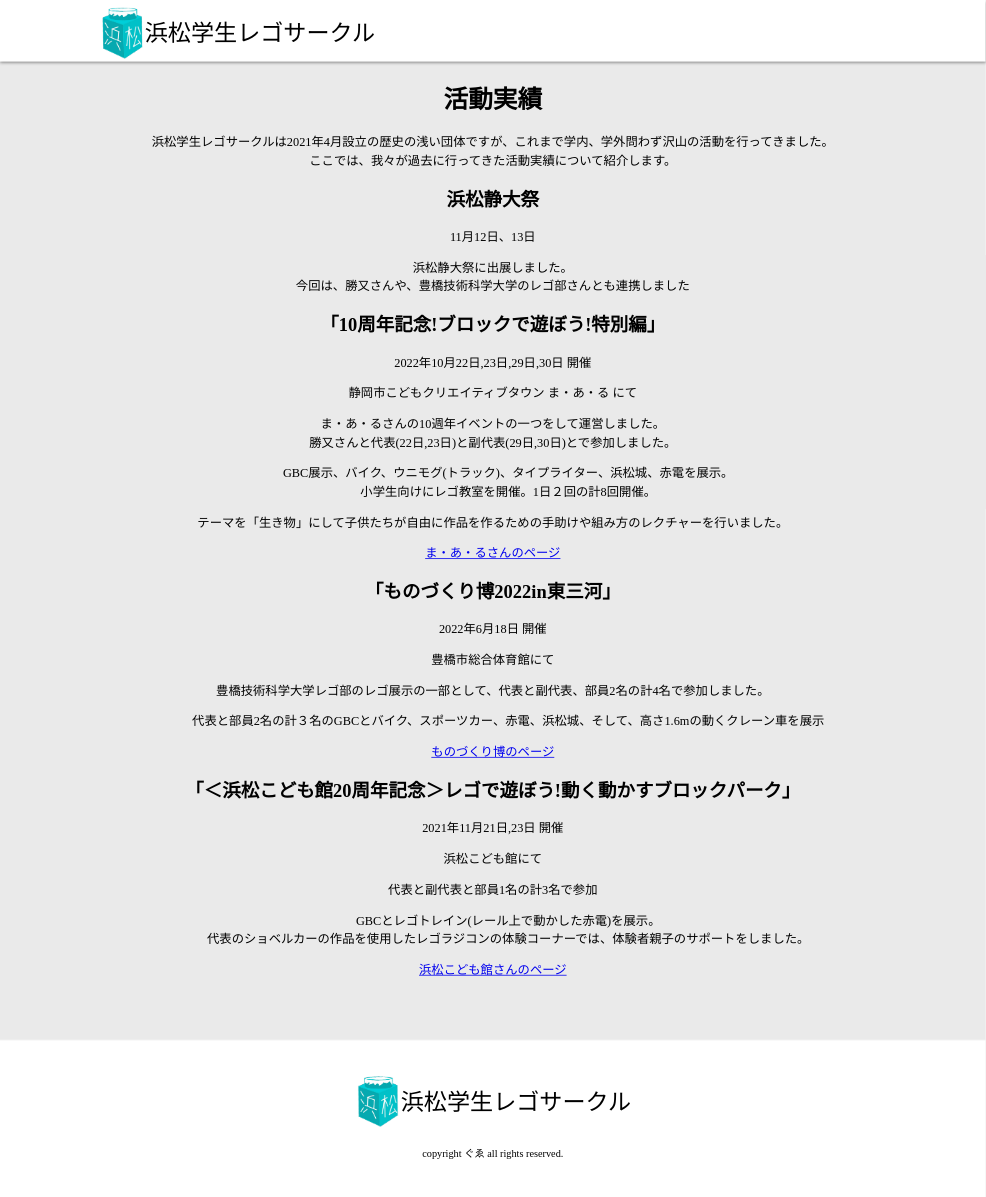
Repository: ghevp/LEGO-club
Page: http://localhost/?page=achievement
These files come from the project's save history. The page is drawn as it stood at one moment and after a run of saves; the edit follows.
The browser window is 1280 px wide. The pictures show the whole page, at 77% of full size.
Some web fonts or font styles are not loaded; a fallback is used. The page is run by PHP 8.4 with error messages shown; the project is at /var/www/html/.

Above is the page before, as saved 2022-11-27 00:38:22.

After the next 2 saves:
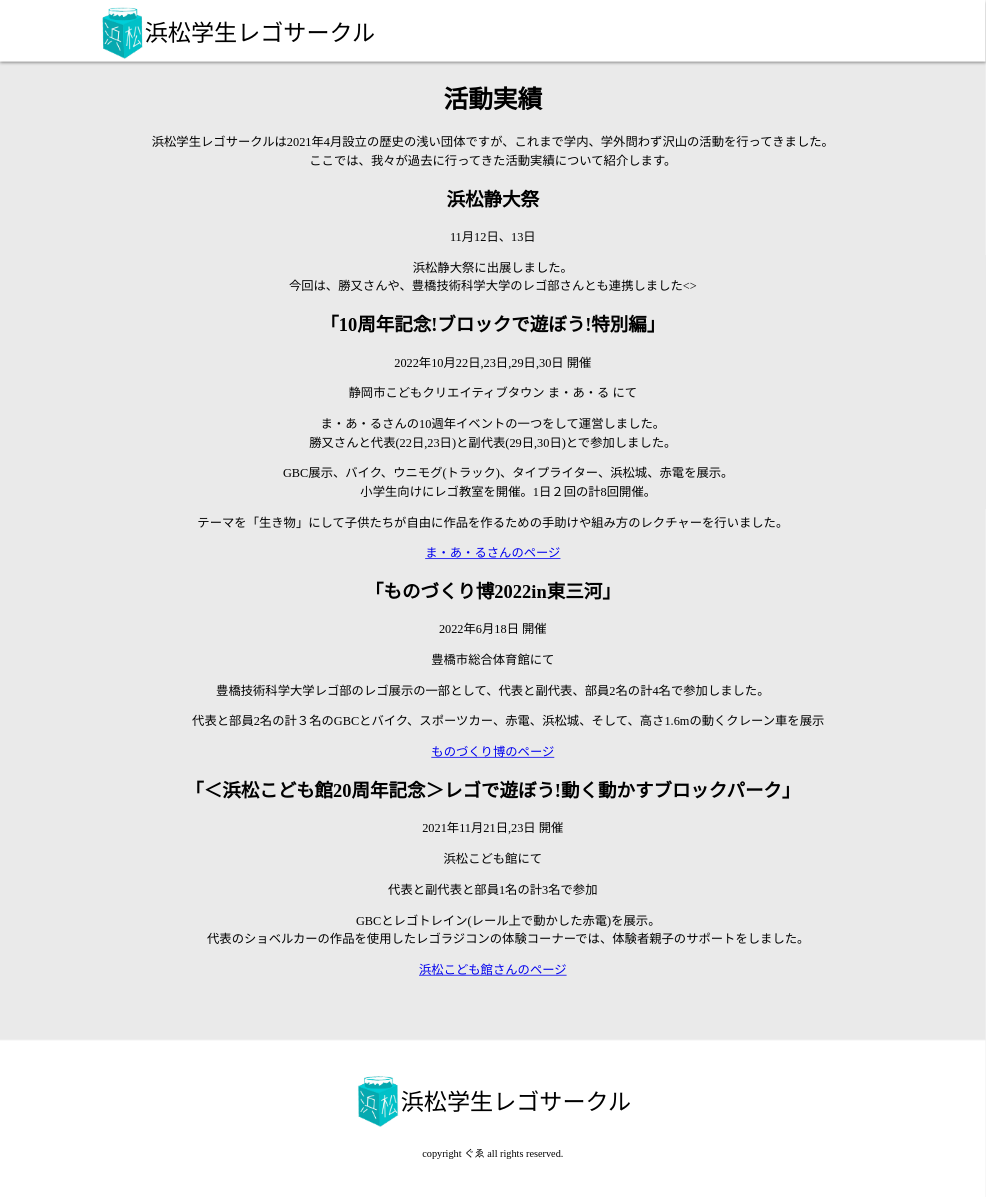
The 2 saves are shown as one change because they came seconds apart.
The last was saved 5 s later.
--- a/page/achievement.php
+++ b/page/achievement.php
@@ -7,7 +7,7 @@
             <h2>浜松静大祭</h2>
             <p class="date">11月12日、13日 </p>
             <p>浜松静大祭に出展しました。<br>
-               今回は、勝又さんや、豊橋技術科学大学のレゴ部さんとも連携しました</b>
+               今回は、勝又さんや、豊橋技術科学大学のレゴ部さんとも連携しました<>
             <h2>「10周年記念!ブロックで遊ぼう!特別編」</h2>
             <p class="date">2022年10月22日,23日,29日,30日 開催</p>
             <p>静岡市こどもクリエイティブタウン ま・あ・る にて</p>

After the save that followed:
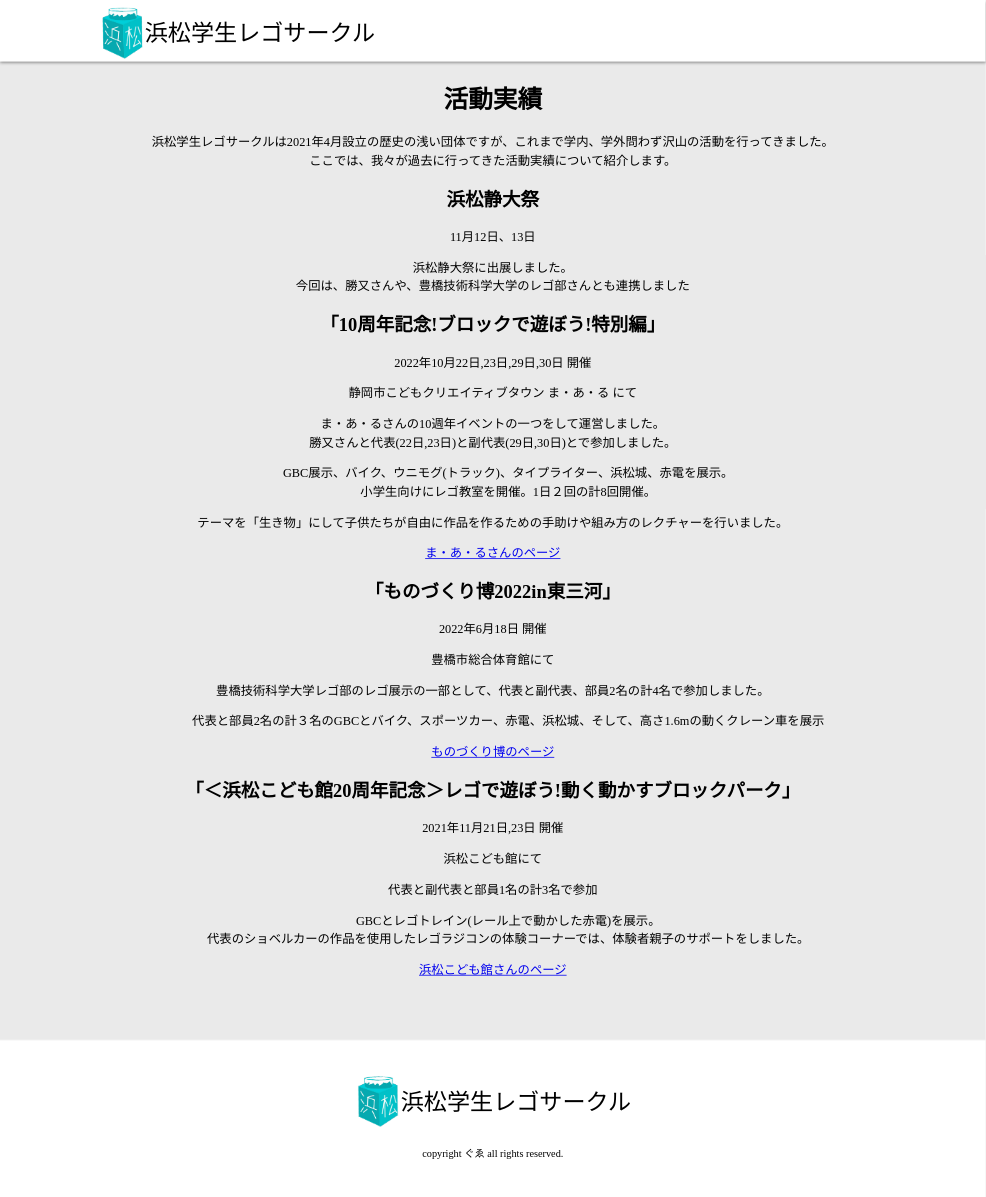
Saved 5 s later.
--- a/page/achievement.php
+++ b/page/achievement.php
@@ -7,7 +7,7 @@
             <h2>浜松静大祭</h2>
             <p class="date">11月12日、13日 </p>
             <p>浜松静大祭に出展しました。<br>
-               今回は、勝又さんや、豊橋技術科学大学のレゴ部さんとも連携しました<>
+               今回は、勝又さんや、豊橋技術科学大学のレゴ部さんとも連携しました</p>
             <h2>「10周年記念!ブロックで遊ぼう!特別編」</h2>
             <p class="date">2022年10月22日,23日,29日,30日 開催</p>
             <p>静岡市こどもクリエイティブタウン ま・あ・る にて</p>
